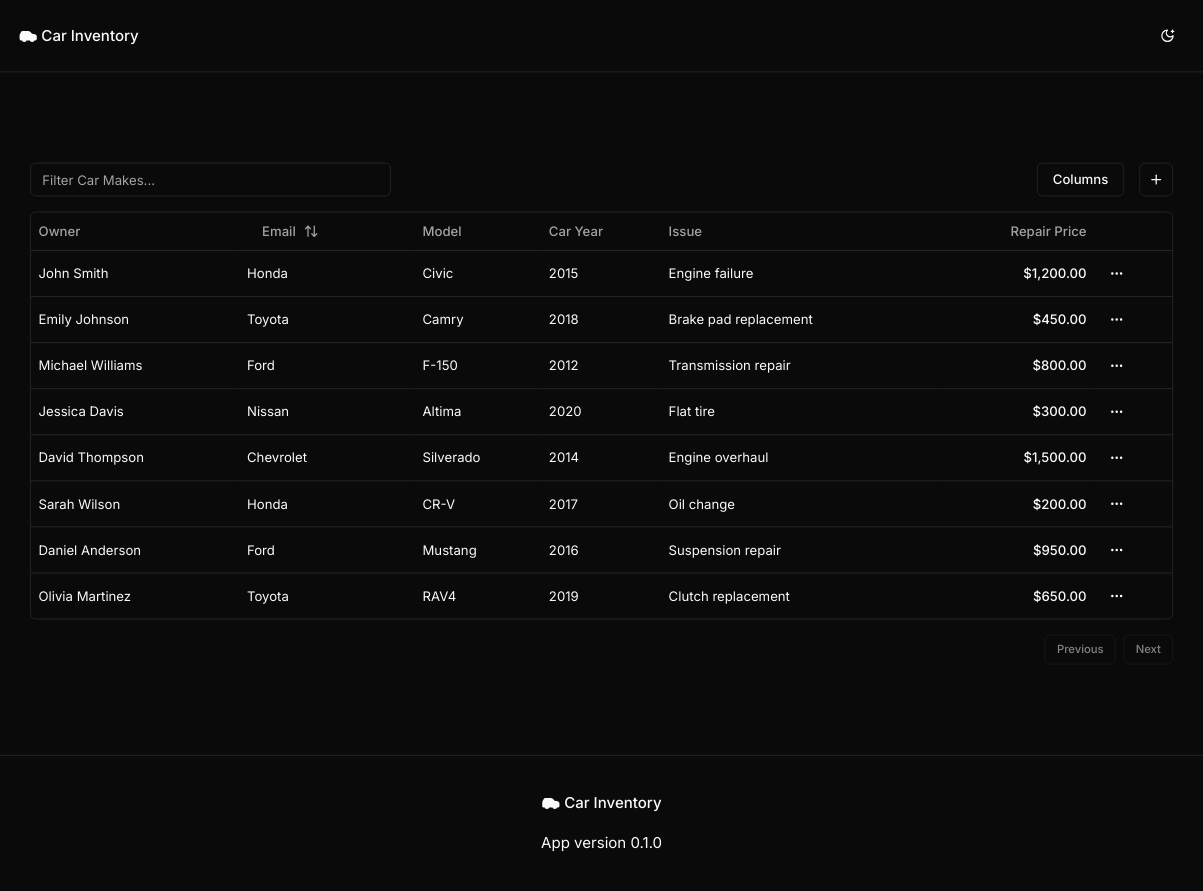
Repository: tushcmd/car-inventory
Page: / (app in frontend/)
These files come from the project's save history. The page is drawn as it stood at one moment and after the next save; the edit follows.
The browser window is 1280 px wide. The pictures show the whole page, at 94% of full size.
The project was rebuilt for these pictures with package versions that can differ from the ones it lists, and the page was loaded fresh each time. The framework's server and built-in components were replaced by stand-ins that run in the browser. Also part of the build but not shown: frontend/next.config.mjs.

Above is the page before, as saved 2024-05-12 09:14:07.

### frontend/app/layout.tsx
import type { Metadata } from "next";
import { Inter } from "next/font/google";
import "./globals.css";
import AppProviders from "@/components/providers/AppProviders";
import Navbar from '@/components/shared/Navbar';
import Footer from "@/components/shared/Footer";

const inter = Inter({ subsets: ["latin"] });

export const metadata: Metadata = {
  title: "Car Garage Inventory",
  description: "Nextjs Shadcnui Nodejs Express and MongoDB CRUD",
};

export default function RootLayout({
  children,
}: Readonly<{
  children: React.ReactNode;
}>) {
  return (
    <html lang="en" suppressHydrationWarning>
      <body className={inter.className}>
        <AppProviders>
          <Navbar />
          {children}
          <Footer />
        </AppProviders>
      </body>
    </html>
  );
}

### frontend/app/page.tsx
//import Main from "@/components/Main";
import { Car, columns } from "@/components/Home/columns"
import { CarTable } from "@/components/Home/car-table"

async function getData(): Promise<Car[]> {
  // Fetch data from your API here.
  return [
    {
      ownerName: 'John Smith',
      make: 'Honda',
      model: 'Civic',
      carYear: 2015,
      issue: 'Engine failure',
      repairPrice: 1200,
    },
    {
      ownerName: 'Emily Johnson',
      make: 'Toyota',
      model: 'Camry',
      carYear: 2018,
      issue: 'Brake pad replacement',
      repairPrice: 450
    },
    {
      ownerName: 'Michael Williams',
      make: 'Ford',
      model: 'F-150',
      carYear: 2012,
      issue: 'Transmission repair',
      repairPrice: 800
    },
    { ownerName: 'Jessica Davis', make: 'Nissan', model: 'Altima', carYear: 2020, issue: 'Flat tire', repairPrice: 300 },
    { ownerName: 'David Thompson', make: 'Chevrolet', model: 'Silverado', carYear: 2014, issue: 'Engine overhaul', repairPrice: 1500 },
    { ownerName: 'Sarah Wilson', make: 'Honda', model: 'CR-V', carYear: 2017, issue: 'Oil change', repairPrice: 200 },
    { ownerName: 'Daniel Anderson', make: 'Ford', model: 'Mustang', carYear: 2016, issue: 'Suspension repair', repairPrice: 950 },
    { ownerName: 'Olivia Martinez', make: 'Toyota', model: 'RAV4', carYear: 2019, issue: 'Clutch replacement', repairPrice: 650 },
    // ...
  ]
}

export default async function DemoPage() {
  const data = await getData()

  return (
    <div className="page-container min-h-screen">
      <CarTable columns={columns} data={data} />
    </div>
  )
}

### frontend/app/globals.css
@tailwind base;
@tailwind components;
@tailwind utilities;

@layer base {
  :root {
    --background: 0 0% 100%;
    --foreground: 0 0% 3.9%;

    --card: 0 0% 100%;
    --card-foreground: 0 0% 3.9%;

    --popover: 0 0% 100%;
    --popover-foreground: 0 0% 3.9%;

    --primary: 0 0% 9%;
    --primary-foreground: 0 0% 98%;

    --secondary: 0 0% 96.1%;
    --secondary-foreground: 0 0% 9%;

    --muted: 0 0% 96.1%;
    --muted-foreground: 0 0% 45.1%;

    --accent: 0 0% 96.1%;
    --accent-foreground: 0 0% 9%;

    --destructive: 0 84.2% 60.2%;
    --destructive-foreground: 0 0% 98%;

    --border: 0 0% 89.8%;
    --input: 0 0% 89.8%;
    --ring: 0 0% 3.9%;

    --radius: 0.5rem;
  }

  .dark {
    --background: 0 0% 3.9%;
    --foreground: 0 0% 98%;

    --card: 0 0% 3.9%;
    --card-foreground: 0 0% 98%;

    --popover: 0 0% 3.9%;
    --popover-foreground: 0 0% 98%;

    --primary: 0 0% 98%;
    --primary-foreground: 0 0% 9%;

    --secondary: 0 0% 14.9%;
    --secondary-foreground: 0 0% 98%;

    --muted: 0 0% 14.9%;
    --muted-foreground: 0 0% 63.9%;

    --accent: 0 0% 14.9%;
    --accent-foreground: 0 0% 98%;

    --destructive: 0 62.8% 30.6%;
    --destructive-foreground: 0 0% 98%;

    --border: 0 0% 14.9%;
    --input: 0 0% 14.9%;
    --ring: 0 0% 83.1%;
  }
}

@layer base {
  * {
    @apply border-border;
  }
  body {
    @apply bg-background text-foreground;
  }
}


@layer components {

  /* FONT SIZES */
  .h1 {
		@apply text-5xl lg:text-6xl font-bold;
	}
	.h2 {
		@apply sm:text-3xl text-4xl font-bold;
	}
	.h3 {
		@apply text-2xl font-medium;
	}
	.h4 {
		@apply text-xl sm:text-lg font-normal;
	}

  /* LAYOUTS  */
	.layout-container {
		@apply container mx-auto px-5;
	}

	.page-container {
		@apply container py-20 flex flex-col gap-16 max-w-7xl;
	}
}

### frontend/components/providers/AppProviders.tsx
'use client';

import { ThemeProvider } from 'next-themes';
import { FC, ReactNode } from 'react';

interface AppProvidersProps {
  children: ReactNode;
}


const AppProviders: FC<AppProvidersProps> = ({ children }) => {
  return (
    <>
      <ThemeProvider attribute="class" disableTransitionOnChange defaultTheme="dark" enableSystem>
        {children}

      </ThemeProvider>
    </>
  );
};

export default AppProviders;

### frontend/components/shared/Navbar.tsx
import React, { FC } from 'react';
import ThemeSwitcherButton from '../ui/ThemeSwitcher';
import Logo from './Logo';

const Navbar: FC = () => {
  return (
    <nav className="border-b py-5">
      <div className="layout-container flex justify-between items-center max-w-7xl">
        <Logo />
        <ThemeSwitcherButton />
      </div>
    </nav>
  );
};

export default Navbar;

### frontend/components/shared/Footer.tsx
import React, { FC } from 'react'
import Logo from './Logo'

const Footer: FC = () => {
  return (
    <footer className='border-t'>
        <div className='layout-container flex flex-col gap-5 items-center  justify-center py-10'>
            <Logo />
            <p>App version 0.1.0</p>
        </div>

    </footer>
  )
}

export default Footer

### frontend/components/Home/columns.tsx
"use client"

import { ColumnDef } from "@tanstack/react-table"

import { ArrowUpDown, MoreHorizontal } from "lucide-react"

import { Button } from "@/components/ui/button"
import {
  DropdownMenu,
  DropdownMenuContent,
  DropdownMenuItem,
  DropdownMenuLabel,
  DropdownMenuSeparator,
  DropdownMenuTrigger,
} from "@/components/ui/dropdown-menu"

// This type is used to define the shape of our data.
// You can use a Zod schema here if you want.

export type Car = {
  ownerName: string,
  make: string,
  model: string,
  carYear: number,
  issue: string,
  repairPrice: number
}

export const columns: ColumnDef<Car>[] = [
  {
    accessorKey: "ownerName",
    header: "Owner",
  },
  {
    accessorKey: "make",
    header: ({ column }) => {
      return (
        <Button
          variant="ghost"
          onClick={() => column.toggleSorting(column.getIsSorted() === "asc")}
        >
          Email
          <ArrowUpDown className="ml-2 h-4 w-4" />
        </Button>
      )
    },
  },
  {
    accessorKey: "model",
    header: "Model",
  },
  {
    accessorKey: "carYear",
    header: "Car Year",
  },
  {
    accessorKey: "issue",
    header: "Issue",
  },
  {
    accessorKey: "repairPrice",
    header: () => <div className="text-right">Repair Price</div>,
    cell: ({ row }) => {
      const repairPrice = parseFloat(row.getValue("repairPrice"))
      const formatted = new Intl.NumberFormat("en-US", {
        style: "currency",
        currency: "USD",
      }).format(repairPrice)

      return <div className="text-right font-medium">{formatted}</div>
    },
  },
  {
    id: "actions",
    cell: ({ row }) => {
      const payment = row.original

      return (
        <DropdownMenu>
          <DropdownMenuTrigger asChild>
            <Button variant="ghost" className="h-8 w-8 p-0">
              <span className="sr-only">Open menu</span>
              <MoreHorizontal className="h-4 w-4" />
            </Button>
          </DropdownMenuTrigger>
          <DropdownMenuContent align="end">
            <DropdownMenuLabel>Actions</DropdownMenuLabel>
            <DropdownMenuItem
              //onClick={() => navigator.clipboard.writeText(payment.id)}
            >
              Copy payment ID
            </DropdownMenuItem>
            <DropdownMenuSeparator />
            <DropdownMenuItem>View customer</DropdownMenuItem>
            <DropdownMenuItem>View payment details</DropdownMenuItem>
          </DropdownMenuContent>
        </DropdownMenu>
      )
    },
  },
]

### frontend/components/ui/ThemeSwitcher.tsx
"use client";

import { useTheme } from "next-themes";
import React, { FC, useEffect, useState } from "react";
import { SunIcon,  Laptop, MoonStarIcon } from "lucide-react";
import {
	DropdownMenu,
	DropdownMenuContent,
	DropdownMenuItem,
	DropdownMenuTrigger,
} from "./dropdown-menu";
import { Button } from "./button";

const themes = [
	{
		value: "light",
		label: "Light",
		icon: SunIcon,
	},
	{
		value: "dark",
		label: "Dark",
		icon: MoonStarIcon,
	},
	{
		value: "system",
		label: "System",
		icon: Laptop,
	},
];

const ThemeSwitcher: FC = () => {
  const [mounted, setMounted] = useState(false)
	const { theme, setTheme } = useTheme();
	const currentTheme = themes.find((t) => t.value === theme);
	const ThemeIcon = currentTheme?.icon

  useEffect(() => {
    setMounted(true)
  }, [])

	return mounted && (
		<div className="flex">
			<DropdownMenu  >
				<DropdownMenuTrigger asChild>
					<Button variant="ghost" size={"icon"}>{!!ThemeIcon && <ThemeIcon className="w-4 h-4"/>}</Button>
				</DropdownMenuTrigger>
				<DropdownMenuContent>
					{themes.map(({value, label}) => <DropdownMenuItem role="button" onClick={() => setTheme(value)} key={value}>{label}</DropdownMenuItem>)}
				</DropdownMenuContent>
			</DropdownMenu>
		</div>
	);
};

export default ThemeSwitcher;

### frontend/components/shared/Logo.tsx

import { Car } from "lucide-react";
import Link from "next/link";
import React, { FC } from "react";

const Logo: FC = () => {
	return (
		<Link href='/' className="flex items-center gap-1 component-focus rounded-md">
			<Car   className="w-5 h-5 fill-current" />
			<h1 className="inline-flex flex-col gap-0 leading-none font-medium">
				<p>Car Inventory</p>
			</h1>
		</Link>
	);
};

export default Logo;

### frontend/components/ui/button.tsx
import * as React from "react"
import { Slot } from "@radix-ui/react-slot"
import { cva, type VariantProps } from "class-variance-authority"

import { cn } from "@/lib/utils"

const buttonVariants = cva(
  "inline-flex items-center justify-center whitespace-nowrap rounded-md text-sm font-medium transition-colors focus-visible:outline-none focus-visible:ring-1 focus-visible:ring-ring disabled:pointer-events-none disabled:opacity-50",
  {
    variants: {
      variant: {
        default:
          "bg-primary text-primary-foreground shadow hover:bg-primary/90",
        destructive:
          "bg-destructive text-destructive-foreground shadow-sm hover:bg-destructive/90",
        outline:
          "border border-input bg-background shadow-sm hover:bg-accent hover:text-accent-foreground",
        secondary:
          "bg-secondary text-secondary-foreground shadow-sm hover:bg-secondary/80",
        ghost: "hover:bg-accent hover:text-accent-foreground",
        link: "text-primary underline-offset-4 hover:underline",
      },
      size: {
        default: "h-9 px-4 py-2",
        sm: "h-8 rounded-md px-3 text-xs",
        lg: "h-10 rounded-md px-8",
        icon: "h-9 w-9",
      },
    },
    defaultVariants: {
      variant: "default",
      size: "default",
    },
  }
)

export interface ButtonProps
  extends React.ButtonHTMLAttributes<HTMLButtonElement>,
    VariantProps<typeof buttonVariants> {
  asChild?: boolean
}

const Button = React.forwardRef<HTMLButtonElement, ButtonProps>(
  ({ className, variant, size, asChild = false, ...props }, ref) => {
    const Comp = asChild ? Slot : "button"
    return (
      <Comp
        className={cn(buttonVariants({ variant, size, className }))}
        ref={ref}
        {...props}
      />
    )
  }
)
Button.displayName = "Button"

export { Button, buttonVariants }

### frontend/components/ui/table.tsx
import * as React from "react"

import { cn } from "@/lib/utils"

const Table = React.forwardRef<
  HTMLTableElement,
  React.HTMLAttributes<HTMLTableElement>
>(({ className, ...props }, ref) => (
  <div className="relative w-full overflow-auto">
    <table
      ref={ref}
      className={cn("w-full caption-bottom text-sm", className)}
      {...props}
    />
  </div>
))
Table.displayName = "Table"

const TableHeader = React.forwardRef<
  HTMLTableSectionElement,
  React.HTMLAttributes<HTMLTableSectionElement>
>(({ className, ...props }, ref) => (
  <thead ref={ref} className={cn("[&_tr]:border-b", className)} {...props} />
))
TableHeader.displayName = "TableHeader"

const TableBody = React.forwardRef<
  HTMLTableSectionElement,
  React.HTMLAttributes<HTMLTableSectionElement>
>(({ className, ...props }, ref) => (
  <tbody
    ref={ref}
    className={cn("[&_tr:last-child]:border-0", className)}
    {...props}
  />
))
TableBody.displayName = "TableBody"

const TableFooter = React.forwardRef<
  HTMLTableSectionElement,
  React.HTMLAttributes<HTMLTableSectionElement>
>(({ className, ...props }, ref) => (
  <tfoot
    ref={ref}
    className={cn(
      "border-t bg-muted/50 font-medium [&>tr]:last:border-b-0",
      className
    )}
    {...props}
  />
))
TableFooter.displayName = "TableFooter"

const TableRow = React.forwardRef<
  HTMLTableRowElement,
  React.HTMLAttributes<HTMLTableRowElement>
>(({ className, ...props }, ref) => (
  <tr
    ref={ref}
    className={cn(
      "border-b transition-colors hover:bg-muted/50 data-[state=selected]:bg-muted",
      className
    )}
    {...props}
  />
))
TableRow.displayName = "TableRow"

const TableHead = React.forwardRef<
  HTMLTableCellElement,
  React.ThHTMLAttributes<HTMLTableCellElement>
>(({ className, ...props }, ref) => (
  <th
    ref={ref}
    className={cn(
      "h-10 px-2 text-left align-middle font-medium text-muted-foreground [&:has([role=checkbox])]:pr-0 [&>[role=checkbox]]:translate-y-[2px]",
      className
    )}
    {...props}
  />
))
TableHead.displayName = "TableHead"

const TableCell = React.forwardRef<
  HTMLTableCellElement,
  React.TdHTMLAttributes<HTMLTableCellElement>
>(({ className, ...props }, ref) => (
  <td
    ref={ref}
    className={cn(
      "p-2 align-middle [&:has([role=checkbox])]:pr-0 [&>[role=checkbox]]:translate-y-[2px]",
      className
    )}
    {...props}
  />
))
TableCell.displayName = "TableCell"

const TableCaption = React.forwardRef<
  HTMLTableCaptionElement,
  React.HTMLAttributes<HTMLTableCaptionElement>
>(({ className, ...props }, ref) => (
  <caption
    ref={ref}
    className={cn("mt-4 text-sm text-muted-foreground", className)}
    {...props}
  />
))
TableCaption.displayName = "TableCaption"

export {
  Table,
  TableHeader,
  TableBody,
  TableFooter,
  TableHead,
  TableRow,
  TableCell,
  TableCaption,
}

### frontend/components/ui/input.tsx
import * as React from "react"

import { cn } from "@/lib/utils"

export interface InputProps
  extends React.InputHTMLAttributes<HTMLInputElement> {}

const Input = React.forwardRef<HTMLInputElement, InputProps>(
  ({ className, type, ...props }, ref) => {
    return (
      <input
        type={type}
        className={cn(
          "flex h-9 w-full rounded-md border border-input bg-transparent px-3 py-1 text-sm shadow-sm transition-colors file:border-0 file:bg-transparent file:text-sm file:font-medium placeholder:text-muted-foreground focus-visible:outline-none focus-visible:ring-1 focus-visible:ring-ring disabled:cursor-not-allowed disabled:opacity-50",
          className
        )}
        ref={ref}
        {...props}
      />
    )
  }
)
Input.displayName = "Input"

export { Input }

Loaded but not shown: frontend/lib/utils.ts (common file); frontend/tailwind.config.ts (common file); frontend/components/ui/dropdown-menu.tsx (205 lines, source omitted); frontend/components/Home/car-table.tsx (181 lines, source omitted)

After the next save:
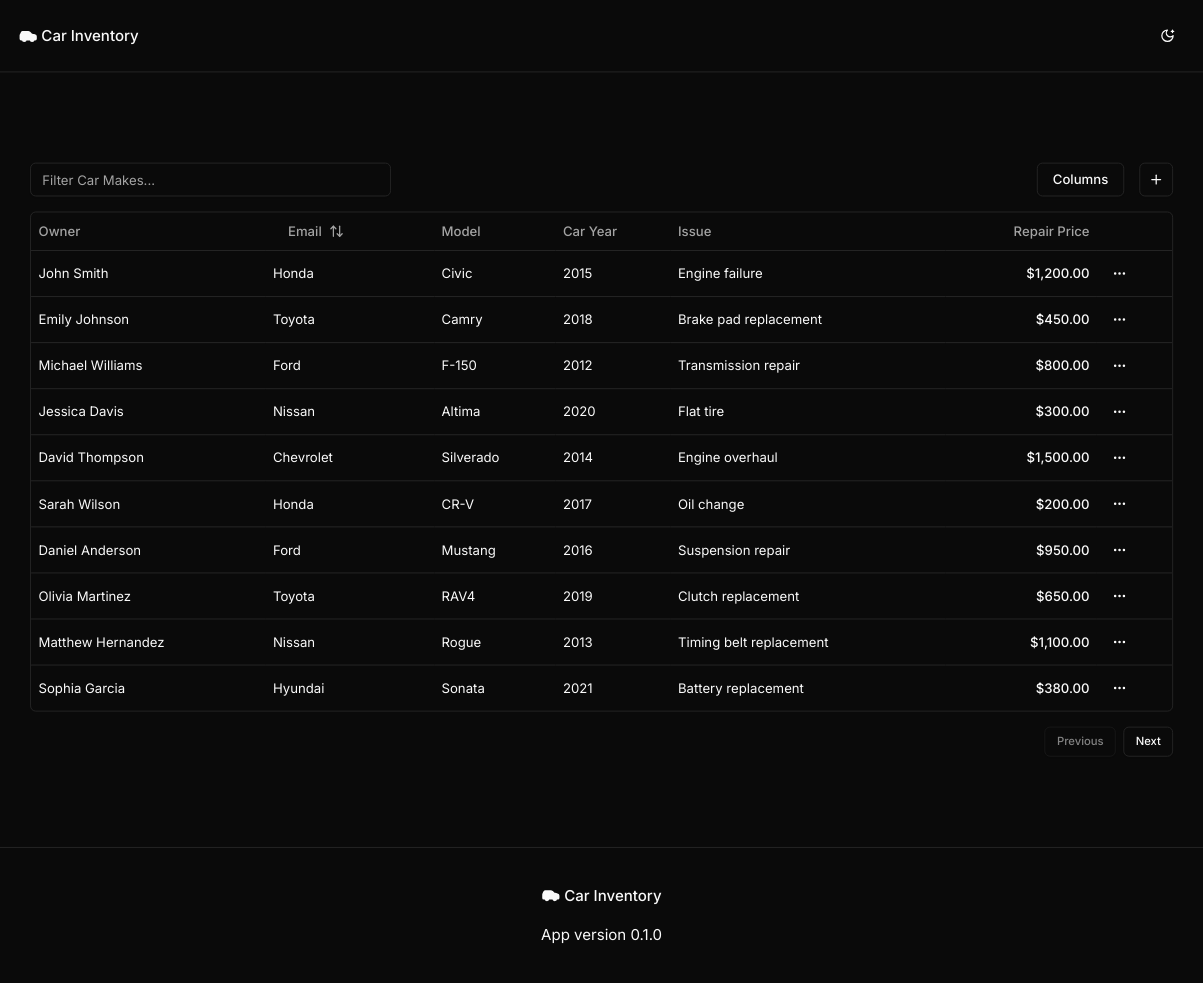
Saved 3 min 51 s later.
--- a/frontend/app/page.tsx
+++ b/frontend/app/page.tsx
@@ -34,6 +34,36 @@ async function getData(): Promise<Car[]> {
     { ownerName: 'Sarah Wilson', make: 'Honda', model: 'CR-V', carYear: 2017, issue: 'Oil change', repairPrice: 200 },
     { ownerName: 'Daniel Anderson', make: 'Ford', model: 'Mustang', carYear: 2016, issue: 'Suspension repair', repairPrice: 950 },
     { ownerName: 'Olivia Martinez', make: 'Toyota', model: 'RAV4', carYear: 2019, issue: 'Clutch replacement', repairPrice: 650 },
+    { ownerName: 'Matthew Hernandez', make: 'Nissan', model: 'Rogue', carYear: 2013, issue: 'Timing belt replacement', repairPrice: 1100 },
+  { ownerName: 'Sophia Garcia', make: 'Hyundai', model: 'Sonata', carYear: 2021, issue: 'Battery replacement', repairPrice: 380 },
+  { ownerName: 'Andrew Rodriguez', make: 'Jeep', model: 'Wrangler', carYear: 2011, issue: 'Engine rebuild', repairPrice: 1300 },
+  { ownerName: 'Isabella Gonzalez', make: 'Subaru', model: 'Outback', carYear: 2018, issue: 'Alternator replacement', repairPrice: 550 },
+  { ownerName: 'Joshua Perez', make: 'Chevrolet', model: 'Malibu', carYear: 2015, issue: 'Transmission overhaul', repairPrice: 900 },
+  { ownerName: 'Emma Sanchez', make: 'Kia', model: 'Sorento', carYear: 2022, issue: 'Tire rotation', repairPrice: 250 },
+  { ownerName: 'Christopher Ramirez', make: 'Ford', model: 'Explorer', carYear: 2010, issue: 'Engine replacement', repairPrice: 1400 },
+  { ownerName: 'Abigail Flores', make: 'Hyundai', model: 'Elantra', carYear: 2017, issue: 'Brake caliper replacement', repairPrice: 600 },
+  { ownerName: 'Jacob Rivera', make: 'Chevrolet', model: 'Impala', carYear: 2014, issue: 'Starter replacement', repairPrice: 750 },
+  { ownerName: 'Mia Torres', make: 'Mazda', model: 'CX-5', carYear: 2019, issue: 'Wheel alignment', repairPrice: 350 },
+  { ownerName: 'William Gomez', make: 'Toyota', model: 'Sienna', carYear: 2012, issue: 'Head gasket replacement', repairPrice: 1050 },
+  { ownerName: 'Sophia Diaz', make: 'Ford', model: 'Escape', carYear: 2016, issue: 'Spark plug replacement', repairPrice: 400 },
+  { ownerName: 'Andrew Clark', make: 'BMW', model: '3 Series', carYear: 2015, issue: 'Engine failure', repairPrice: 1200 },
+  { ownerName: 'Isabella Lewis', make: 'Honda', model: 'Accord', carYear: 2018, issue: 'Brake pad replacement', repairPrice: 450 },
+  { ownerName: 'Joshua Walker', make: 'Toyota', model: 'Tundra', carYear: 2012, issue: 'Transmission repair', repairPrice: 800 },
+  { ownerName: 'Emma Hall', make: 'Nissan', model: 'Maxima', carYear: 2020, issue: 'Flat tire', repairPrice: 300 },
+  { ownerName: 'Christopher Young', make: 'Chevrolet', model: 'Tahoe', carYear: 2014, issue: 'Engine overhaul', repairPrice: 1500 },
+  { ownerName: 'Abigail Allen', make: 'Mazda', model: 'CX-9', carYear: 2017, issue: 'Oil change', repairPrice: 200 },
+  { ownerName: 'Jacob King', make: 'Ford', model: 'F-250', carYear: 2016, issue: 'Suspension repair', repairPrice: 950 },
+  { ownerName: 'Mia Wright', make: 'Toyota', model: 'Highlander', carYear: 2019, issue: 'Clutch replacement', repairPrice: 650 },
+  { ownerName: 'William Scott', make: 'Nissan', model: 'Pathfinder', carYear: 2013, issue: 'Timing belt replacement', repairPrice: 1100 },
+  { ownerName: 'Sophia Green', make: 'Hyundai', model: 'Tucson', carYear: 2021, issue: 'Battery replacement', repairPrice: 380 },
+  { ownerName: 'Andrew Baker', make: 'Jeep', model: 'Grand Cherokee', carYear: 2011, issue: 'Engine rebuild', repairPrice: 1300 },
+  { ownerName: 'Isabella Adams', make: 'Subaru', model: 'Forester', carYear: 2018, issue: 'Alternator replacement', repairPrice: 550 },
+  { ownerName: 'Joshua Nelson', make: 'Chevrolet', model: 'Cruze', carYear: 2015, issue: 'Transmission overhaul', repairPrice: 900 },
+  { ownerName: 'Emma Carter', make: 'Kia', model: 'Optima', carYear: 2022, issue: 'Tire rotation', repairPrice: 250 },
+  { ownerName: 'Christopher Mitchell', make: 'Ford', model: 'Edge', carYear: 2010, issue: 'Engine replacement', repairPrice: 1400 },
+  { ownerName: 'Abigail Roberts', make: 'Hyundai', model: 'Kona', carYear: 2017, issue: 'Brake caliper replacement', repairPrice: 600 },
+  { ownerName: 'Jacob Turner', make: 'Chevrolet', model: 'Equinox', carYear: 2014, issue: 'Starter replacement', repairPrice: 750 },
+  { ownerName: 'Mia Phillips', make: 'Mazda', model: 'Mazda3', carYear: 2019, issue: 'Wheel alignment', repairPrice: 350 },
     // ...
   ]
 }
